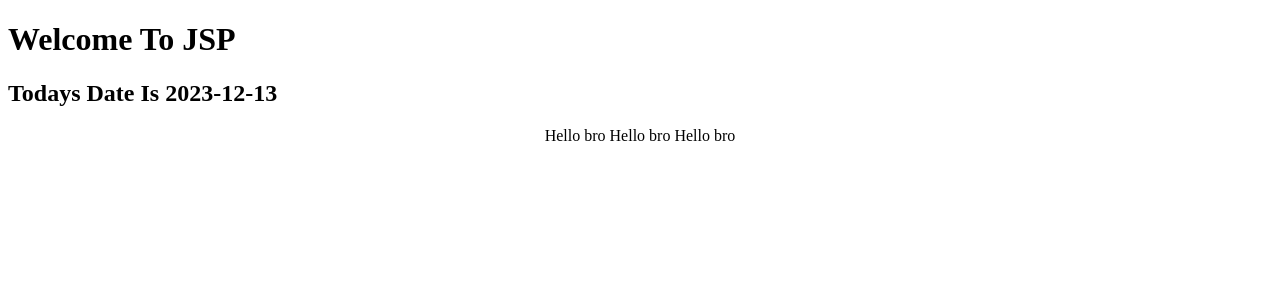
Repository: yashdpatil/Advanced_java
Page: http://localhost/MVC/Hello.jsp
These files come from the project's save history. The page is drawn as it stood at one moment and after the next save; the edit follows.
The browser window is 1280 px wide. The pictures show the whole page.
The page is served by Tomcat 9.

Above is the page before, as saved 2023-12-14 04:43:17.

After the next save:
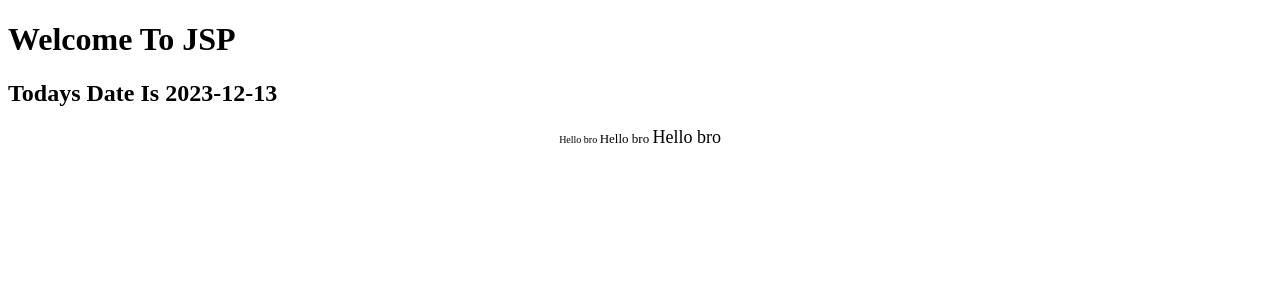
Saved 8 s later.
--- a/MVC/src/main/webapp/Hello.jsp
+++ b/MVC/src/main/webapp/Hello.jsp
@@ -16,7 +16,7 @@
 <%
 for(int i =0;i<6;i++){
 %>
-<font size="<% %>
+<font size="<%= i %>
 <h1> Hello bro</h1>
 <%
 }
